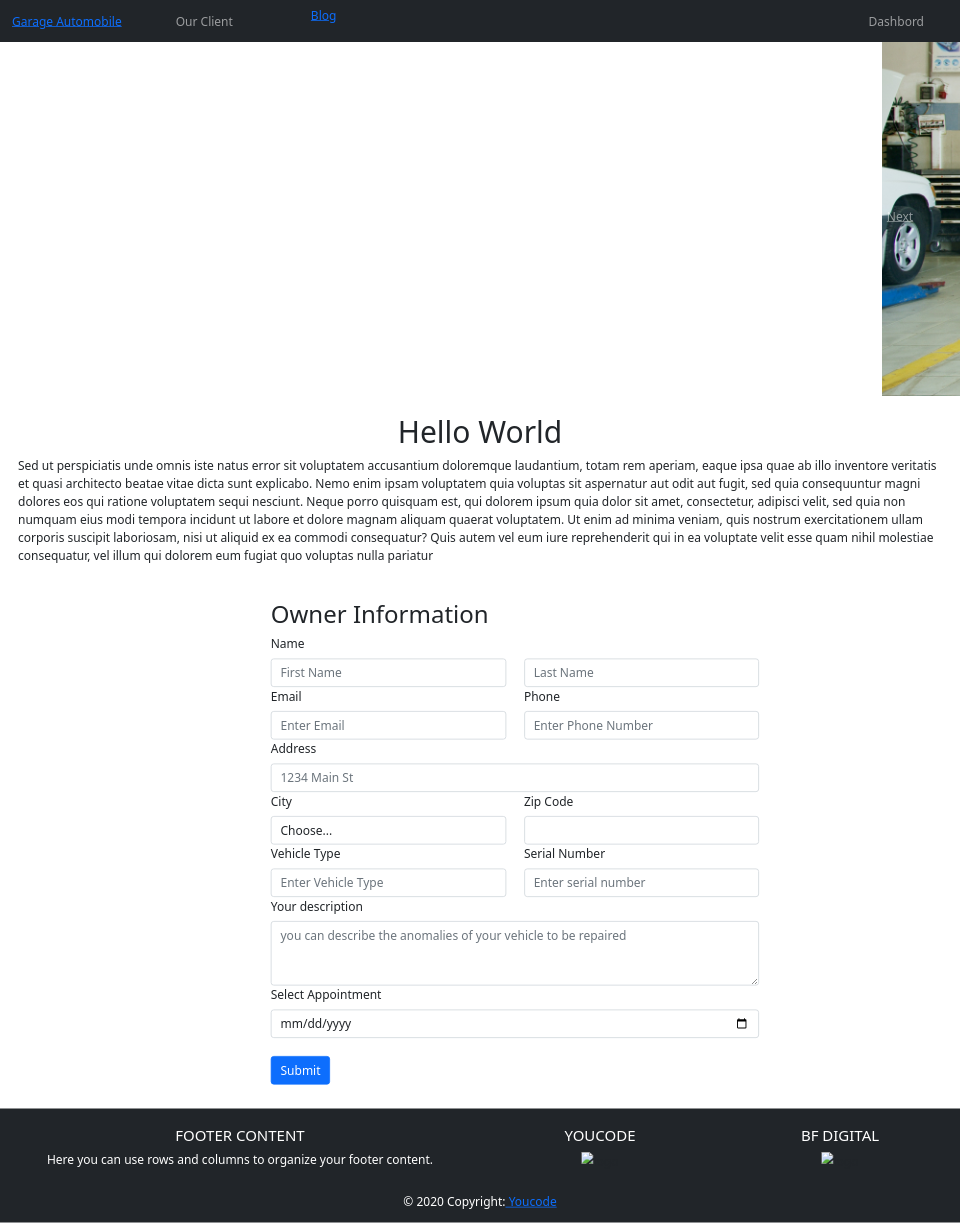
Repository: abdelhak-f/Fil-Rouge
Page: / (app in client/)
An editor plug-in stored every save of this project. The page is shown before and after the next save, followed by the edit.
The browser window is 1280 px wide. The pictures show the whole page, at 75% of full size.
The project was rebuilt for these pictures with package versions that can differ from the ones it lists, and the page was loaded fresh each time. Also part of the build but not shown: client/src/components/Blog.jsx.

Above is the page before, as saved 2021-09-07 16:33:26.

### client/public/index.html
<!DOCTYPE html>
<html lang="en">
  <head>
    <meta charset="utf-8" />
    <link rel="icon" href="%PUBLIC_URL%/favicon.ico" />
    <meta name="viewport" content="width=device-width, initial-scale=1" />
    <meta name="theme-color" content="#000000" />
    <meta
      name="description"
      content="Web site created using create-react-app"
    />
    <!--   import bootstrao  -->
    <link
  rel="stylesheet"
  href="https://cdn.jsdelivr.net/npm/bootstrap@5.1.0/dist/css/bootstrap.min.css"
  integrity="sha384-KyZXEAg3QhqLMpG8r+8fhAXLRk2vvoC2f3B09zVXn8CA5QIVfZOJ3BCsw2P0p/We"
  crossorigin="anonymous"
  />

    <link rel="apple-touch-icon" href="%PUBLIC_URL%/logo192.png" />
    <!--
      manifest.json provides metadata used when your web app is installed on a
      user's mobile device or desktop. See https://developers.google.com/web/fundamentals/web-app-manifest/
    -->
    <link rel="manifest" href="%PUBLIC_URL%/manifest.json" />
    <!--
      Notice the use of %PUBLIC_URL% in the tags above.
      It will be replaced with the URL of the `public` folder during the build.
      Only files inside the `public` folder can be referenced from the HTML.

      Unlike "/favicon.ico" or "favicon.ico", "%PUBLIC_URL%/favicon.ico" will
      work correctly both with client-side routing and a non-root public URL.
      Learn how to configure a non-root public URL by running `npm run build`.
    -->
    <title>React App</title>
  </head>
  <body>
    <noscript>You need to enable JavaScript to run this app.</noscript>
    <div id="root"></div>
    <!--
      This HTML file is a template.
      If you open it directly in the browser, you will see an empty page.

      You can add webfonts, meta tags, or analytics to this file.
      The build step will place the bundled scripts into the <body> tag.

      To begin the development, run `npm start` or `yarn start`.
      To create a production bundle, use `npm run build` or `yarn build`.
    -->
  </body>
</html>

### client/src/index.js
import React from 'react';
import ReactDOM from 'react-dom';
import './index.css';
import App from './App';
import reportWebVitals from './reportWebVitals';

// import bootstrap
import 'bootstrap/dist/css/bootstrap.min.css';

ReactDOM.render(
  <React.StrictMode>
    <App />
  </React.StrictMode>,
  document.getElementById('root')
);

// If you want to start measuring performance in your app, pass a function
// to log results (for example: reportWebVitals(console.log))
// or send to an analytics endpoint. Learn more: https://bit.ly/CRA-vitals
reportWebVitals();

### client/src/App.js
// import './App.css';
import React from 'react';

import Navbar from './components/Nnavbar';
import Body from './components/Body';
import Footer from './components/Footer';
import Blog from './components/Blog';

import { BrowserRouter as Router, Switch, Route } from 'react-router-dom';






function App() {
  return (


    <>
<Router>

     <Navbar />




    <Switch>
    <Route  path="/" exact component={Body} />
       <Route  path="/Blog" component={Blog} />
    </Switch>

    <Footer/>
</Router>
    </>

  );
}

export default App;

### client/src/components/Nnavbar.jsx
import React from 'react';
import { NavLink } from 'react-router-dom';

import * as ReactBootstrap from 'react-bootstrap';









function Navbar() {
    return(
      <>

            <ReactBootstrap.Navbar className="mb-5" collapseOnSelect expand="lg" bg="dark" variant="dark" fixed="top">

 <NavLink className="mx-3" to="/">Garage Automobile</NavLink>
 <ReactBootstrap.Navbar.Toggle aria-controls="responsive-navbar-nav" />
 <ReactBootstrap.Navbar.Collapse id="responsive-navbar-nav">
   <ReactBootstrap.Nav className="me-auto">
     <ReactBootstrap.Nav.Link className="mx-5" href="#features">Our Client</ReactBootstrap.Nav.Link>
     <NavLink  className="px-5" to="/blog">Blog</NavLink>
     {/* <ReactBootstrap.NavDropdown title="Dropdown" id="collasible-nav-dropdown">
       <ReactBootstrap.NavDropdown.Item href="#action/3.1">Action</ReactBootstrap.NavDropdown.Item>
       <ReactBootstrap.NavDropdown.Item href="#action/3.2">Another action</ReactBootstrap.NavDropdown.Item>
       <ReactBootstrap.NavDropdown.Item href="#action/3.3">Something</ReactBootstrap.NavDropdown.Item>
       <ReactBootstrap.NavDropdown.Divider />
       <ReactBootstrap.NavDropdown.Item href="#action/3.4">Separated link</ReactBootstrap.NavDropdown.Item>
     </ReactBootstrap.NavDropdown> */}
   </ReactBootstrap.Nav>
   <ReactBootstrap.Nav>
     <ReactBootstrap.Nav.Link href="#deets" className="px-5" > Dashbord</ReactBootstrap.Nav.Link>
     {/* <ReactBootstrap.Nav.Link eventKey={2} href="#memes">
       Admin
     </ReactBootstrap.Nav.Link> */}
   </ReactBootstrap.Nav>
 </ReactBootstrap.Navbar.Collapse>

</ReactBootstrap.Navbar>





</>

    )
}

export default Navbar ;

### client/src/components/Body.jsx
import React from 'react';
import Text from './Text';
import FirstFrontForm from './forms/FirstFrontForm';

export default function componentName() {
  return (
    <>
    {/* import the Text */}
    <Text />


     {/* import the first form of client */}
     <FirstFrontForm />

    </>
  );
}

### client/src/components/Footer.jsx
import React from "react";


function Footer () {
    return(
<footer  className="pt-4 page-footer font-small blue bg-dark ">
    <div className="text-center container-fluid text-md-left ">
        <div className="row">
            <div className="mt-3 text-white col-md-6 mt-md-0">
                <h5 className=" text-uppercase">Footer Content</h5>
                <p >Here you can use rows and columns to organize your footer content.</p>
            </div>

            <hr className="clearfix pb-0 w-100 d-md-none"/>

            <div className="mb-3 col-md-3 mb-md-0">
                <h5 className="text-white text-uppercase">Youcode</h5>
                <img src="" alt="logo" width={300} /></div>

            <div className="mb-3 col-md-3 mb-md-0">
                <h5 className="text-white text-uppercase " >BF Digital</h5>
                <img src="" alt="logo" width={300} />
            </div>
        </div>
    </div>

    <div className="py-3 text-center text-white footer-copyright " >© 2020 Copyright:
        <a href="https://www.youcode.ma/"> Youcode</a>
    </div>

</footer>
)

}

export default Footer

### client/src/components/Text.jsx
import React from 'react';
import {Carousel} from 'react-bootstrap';

import image from '../images/image.jpg';
import image1 from '../images/image1.jpg';
import image2 from '../images/image2.jpg';


function Text() {
    return(
      <>
      <Carousel className="mt-5">
  <Carousel.Item>
    <img
      className="d-block w-100"
      src={image}
      alt="First slide"
    />
    <Carousel.Caption>
      <h3>First slide label</h3>
      <p>Nulla vitae elit libero, a pharetra augue mollis interdum.</p>
    </Carousel.Caption>
  </Carousel.Item>
  <Carousel.Item>
    <img
      className="d-block w-100"
      src={image1}
      alt="Second slide"
    />

    <Carousel.Caption>
      <h3>Second slide label</h3>
      <p>Lorem ipsum dolor sit amet, consectetur adipiscing elit.</p>
    </Carousel.Caption>
  </Carousel.Item>
  <Carousel.Item>
    <img
      className="d-block w-100"
      src={image2}
      alt="Third slide"
    />

    <Carousel.Caption>
      <h3>Third slide label</h3>
      <p>Praesent commodo cursus magna, vel scelerisque nisl consectetur.</p>
    </Carousel.Caption>
  </Carousel.Item>
</Carousel>

          <h1 className="mt-4 text-center font-weight-bold">
              Hello World
          </h1>
       <p className="mx-4 text-justify font-weight-normal">
       Sed ut perspiciatis unde omnis iste natus error sit voluptatem accusantium doloremque laudantium, totam rem aperiam, eaque ipsa quae ab illo inventore veritatis et quasi architecto beatae vitae dicta sunt explicabo. Nemo enim ipsam voluptatem quia voluptas sit aspernatur aut odit aut fugit, sed quia consequuntur magni dolores eos qui ratione voluptatem sequi nesciunt. Neque porro quisquam est, qui dolorem ipsum quia dolor sit amet, consectetur, adipisci velit, sed quia non numquam eius modi tempora incidunt ut labore et dolore magnam aliquam quaerat voluptatem. Ut enim ad minima veniam, quis nostrum exercitationem ullam corporis suscipit laboriosam, nisi ut aliquid ex ea commodi consequatur? Quis autem vel eum iure reprehenderit qui in ea voluptate velit esse quam nihil molestiae consequatur, vel illum qui dolorem eum fugiat quo voluptas nulla pariatur
       </p>


       </>

    )
}

export default Text ;

### client/src/components/forms/FirstFrontForm.jsx
import React  from 'react';
import {Form, Container,Jumbotron, Button, Row, Col} from 'react-bootstrap';


 function FirstFrontForm () {
  return (

    <Container className="mt-5 mb-3">

            <Col md={{ span: 7, offset: 3 }}>
              <Jumbotron>
                <Form>
                  <Form.Group>
                    <h2>Owner Information</h2>
                    <Form.Label>Name</Form.Label>
                    <Row>
                      <Col>
                        <Form.Control placeholder="First Name"></Form.Control>
                      </Col>
                      <Col>
                        <Form.Control placeholder="Last Name"></Form.Control>
                      </Col>
                    </Row>
                  </Form.Group>
                  <Row>
                    <Form.Group as={Col} controlId="formGridEmail">
                      <Form.Label>Email</Form.Label>
                      <Form.Control type="email" placeholder="Enter Email" />
                    </Form.Group>
                    <Form.Group as={Col} controlId="formGridTel">
                      <Form.Label>Phone</Form.Label>
                      <Form.Control
                        type="telephone"
                        placeholder="Enter Phone Number"
                      />
                    </Form.Group>
                  </Row>
                  <Form.Group controlId="formGridAddress1">
                    <Form.Label>Address</Form.Label>
                    <Form.Control placeholder="1234 Main St" />
                  </Form.Group>

                  <Row>

                    <Form.Group as={Col} controlId="formGridState">
                      <Form.Label>City</Form.Label>
                      <Form.Control as="select">
                        <option>Choose...</option>
                        <option>Youssoufia</option>
                        <option>Safi</option>
                        <option>Marrakech</option>
                        <option>Agadir</option>
                        <option>Casablanca</option>
                        <option>Rabat</option>
                      </Form.Control>
                    </Form.Group>
                    <Form.Group as={Col} controlId="formGridCityZip">
                      <Form.Label>Zip Code</Form.Label>
                      <Form.Control />
                    </Form.Group>
                  </Row>
                  <Row>
                    <Form.Group as={Col} controlId="formGridEmail">
                      <Form.Label>Vehicle Type</Form.Label>
                      <Form.Control type="email" placeholder="Enter Vehicle Type" />
                    </Form.Group>
                    <Form.Group as={Col} controlId="formGridTel">
                      <Form.Label>Serial Number</Form.Label>
                      <Form.Control
                        type="telephone"
                        placeholder="Enter serial number"
                      />
                    </Form.Group>
                  </Row>
                  <Row>
                    <Form.Group className="" controlId="exampleForm.ControlTextarea1">
                      <Form.Label>Your description</Form.Label>
                      <Form.Control as="textarea" rows={3}
                        placeholder="you can describe the anomalies of your vehicle to be repaired"
                      />
                    </Form.Group>
                    <Form.Group>
                    <Form.Label>Select Appointment</Form.Label>
                    <Form.Control
                      type="date"
                      // value={date}
                      // onChange={this.setDate}
                    />
                  </Form.Group>
                  </Row>
                  <br />


                  <Button className="mb-3"
                   variant="primary" type="submit">
                     Submit
                 </Button>

                </Form>
              </Jumbotron>
            </Col>


        </Container>




  );
}

export default FirstFrontForm ;

Loaded but not shown: client/src/index.css (common file); client/src/reportWebVitals.js (common file)

After the next save:
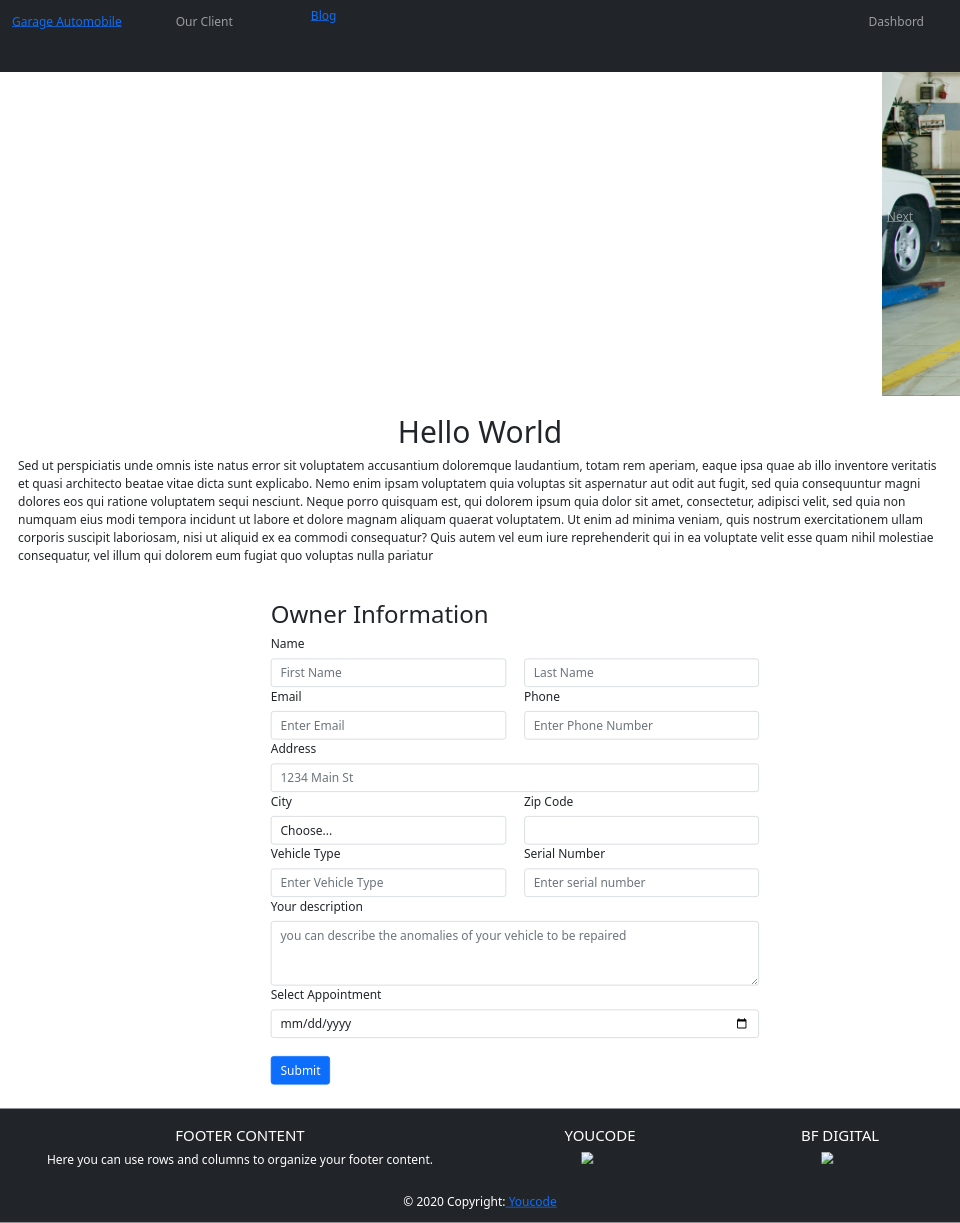
Saved 21 s later.
--- a/client/src/components/Nnavbar.jsx
+++ b/client/src/components/Nnavbar.jsx
@@ -15,7 +15,7 @@
     return(
       <>
 
-            <ReactBootstrap.Navbar className="mb-5" collapseOnSelect expand="lg" bg="dark" variant="dark" fixed="top">
+            <ReactBootstrap.Navbar className="pb-5" collapseOnSelect expand="lg" bg="dark" variant="dark" fixed="top">
 
  <NavLink className="mx-3" to="/">Garage Automobile</NavLink>
  <ReactBootstrap.Navbar.Toggle aria-controls="responsive-navbar-nav" />

After the save that followed:
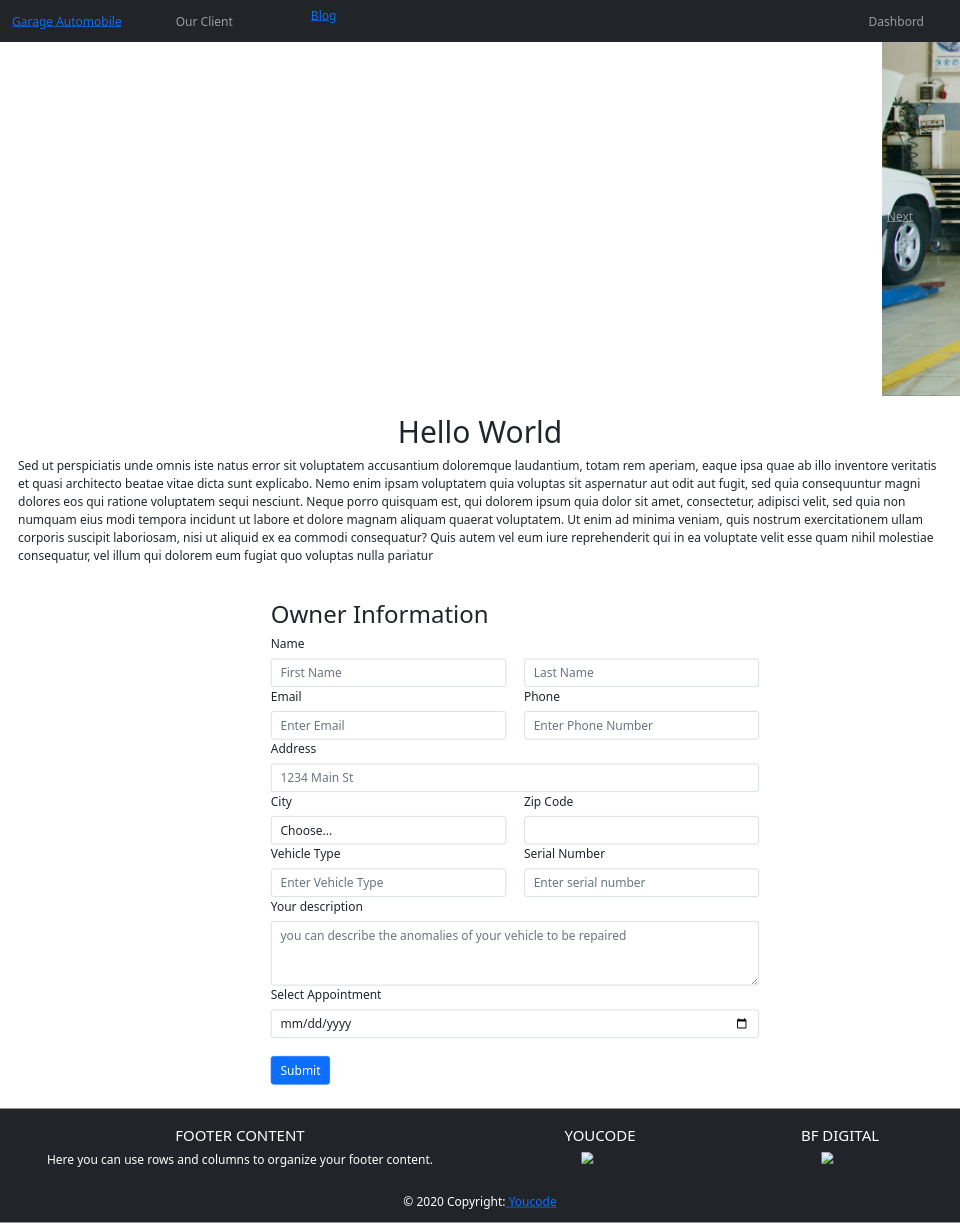
Saved 14 s later.
--- a/client/src/components/Nnavbar.jsx
+++ b/client/src/components/Nnavbar.jsx
@@ -15,7 +15,7 @@
     return(
       <>
 
-            <ReactBootstrap.Navbar className="pb-5" collapseOnSelect expand="lg" bg="dark" variant="dark" fixed="top">
+            <ReactBootstrap.Navbar className="mb-5" collapseOnSelect expand="lg" bg="dark" variant="dark" fixed="top">
 
  <NavLink className="mx-3" to="/">Garage Automobile</NavLink>
  <ReactBootstrap.Navbar.Toggle aria-controls="responsive-navbar-nav" />
